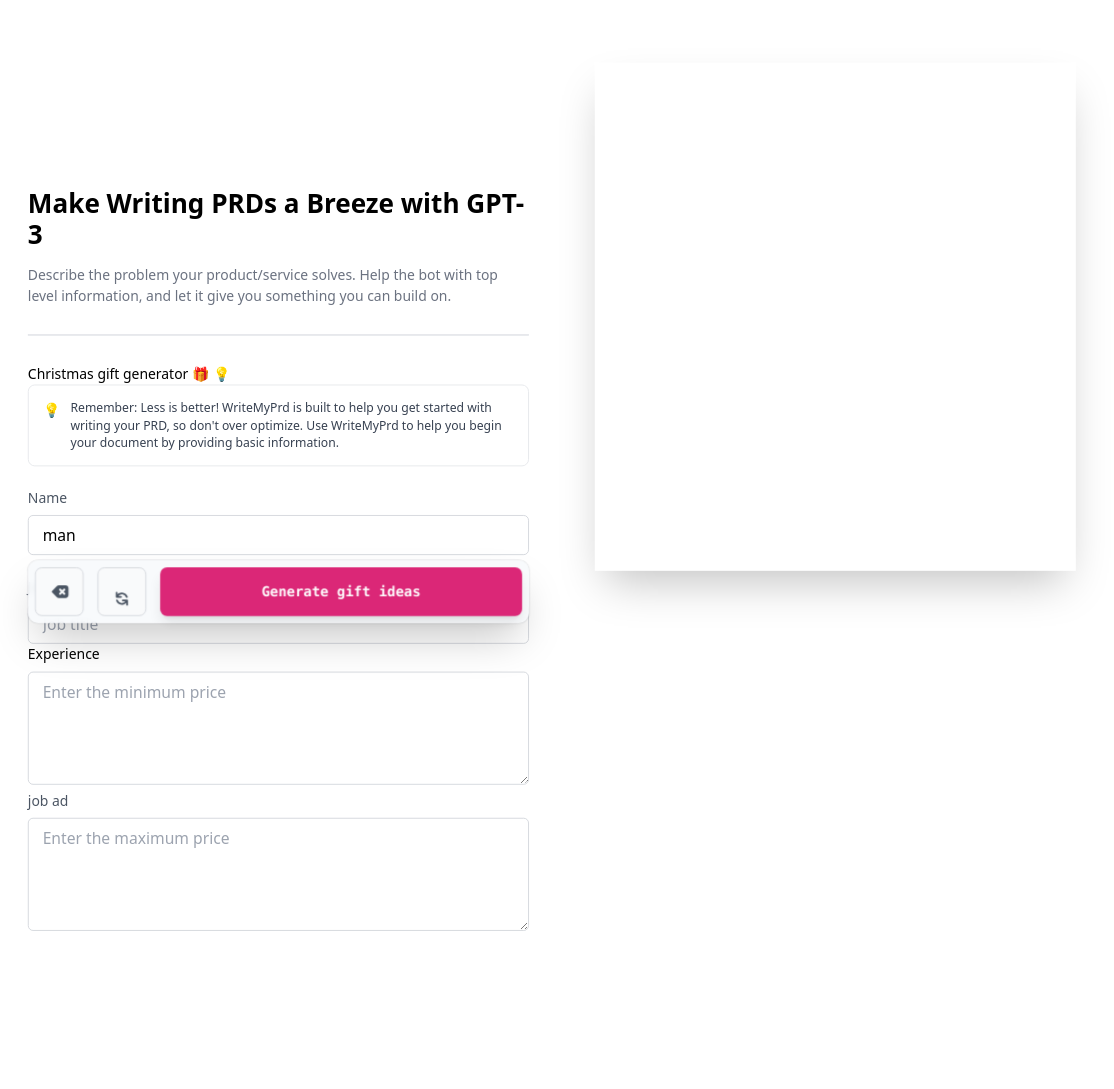
Repository: hamza-mastar/chatgpt-jpbad
Page: /
The author's editor kept a copy of each file at every save. The page is drawn from the files as they stood at one save, then again after the next save.
The browser window is 1280 px wide. The pictures show the whole page, at 87% of full size.
The project was rebuilt for these pictures with package versions that can differ from the ones it lists, and the page was loaded fresh each time. The framework's server and built-in components were replaced by stand-ins that run in the browser.

Above is the page before, as saved 2023-01-30 13:46:27.

### pages/_app.js
import 'tailwindcss/tailwind.css'

import '../styles/globals.css'

export default function MyApp({ Component, pageProps }) {
  return <Component {...pageProps} />
}

### pages/index.js
import Head from 'next/head';
import React from 'react';
import { useState } from 'react';

import styles from './index.module.css';


// import './gifts.css'




export default function Home() {
  const [name, setName] = useState('man');
  const [job_title, setJob_title] = useState("");
  const [experience, setExperience] = useState("");
  const [job_ad, setJob_ad] = useState("");

  const [loading, setLoading] = useState(false);

  const [result, setResult] = useState('');

  async function onSubmit(event) {
    event.preventDefault();
    if (loading) {
      return;
    }
    setLoading(true);
    setResult('hamza');
    const response = await fetch('/api/generate-gifts', {
      method: 'POST',
      headers: {
        'Content-Type': 'application/json',
      },
      body: JSON.stringify({ name, job_title, experience, job_ad}),
    });
    const data = await response.json();
    setResult(data.result.replaceAll('\n', '<br />'));
    setLoading(false);
  }


  return (
    <>



    <dody class="h-full px-5 sm:px-6">
      <div class="flex relative sm:flex-col md: flex-col">

      <Head>
        <title>OpenAI Quickstart</title>
        <link rel="icon" href="/dog.png" />
      </Head>

      <main className={styles.main}>
     <div class="min-h-screen w-full lg:w-1/2 relative">
    <div class="h-full px-5 sm:px-6">
      <div class="h-full w-full max-w-xl mx-auto flex flex-col after:mt-auto after:flex-1">
        <header class="sm:flex-1 flex mb-auto sm:py-10 pt-6 items-center sm:justify-between flex-col sm:flex-row" >
          <div class="flex items-center justify-between h-24 md:h-20"> </div>

            {/* logo icone login  */}
            </header>
            <div class="flex-1 py-8">
           <div  class="mb-4" >
           <h1 class="text-3xl font-bold font-inter mb-2"> Make Writing PRDs a Breeze with GPT-3 </h1>
           <div class="text-gray-500 mt-4 mb-6"> Describe the problem your product/service solves. Help the bot with top level information, and let it give you something you can build on. </div>
           <div class="divide-y divide-gray-200 my-8 relative border"></div>





        <h3  >Christmas gift generator 🎁 💡</h3>
        <form  onSubmit={onSubmit} class="mb-12 relative">
        <div class="rounded-lg bg-white border p-4"><div class="flex"><div class="flex-shrink-0">💡</div><div class="ml-3 flex-1 md:flex md:justify-between"><p class="text-sm text-gray-700 font-medium"> Remember: Less is better! WriteMyPrd is built to help you get started with writing your PRD, so don't over optimize. Use WriteMyPrd to help you begin your document by providing basic information. </p></div></div></div>
        <div>
          <div class="py-6">
          <label class="relative transition text-gray-600 focus-within:text-gray-800 block" >Name</label>
          <input class="outline-none focus:outline-none text-lg bg-white rounded-md px-4 py-2 w-full border  focus:border-gray-400 border-gray-300 font-regular mt-2 transition-all undefined "
            type="text"
            name="name"
            placeholder="Enter the Name"
            value={name}
            onChange={(e) => setName(e.target.value)}
          />
          </div>


          <label class="relative transition text-gray-600 focus-within:text-gray-800 block">Job title</label>
          <input class="outline-none focus:outline-none text-lg bg-white rounded-md px-4 py-2 w-full border  focus:border-gray-400 border-gray-300 font-regular mt-2 transition-all undefined "
            type="text"
            name="job_title"
            placeholder="Job title"
            value={job_title}
            onChange={(e) => setJob_title(e.target.value)}
          />

          <label>Experience </label>
          <textarea class="form-textarea outline-none focus:outline-none text-lg bg-white rounded-md px-4 py-2 w-full border  focus:border-gray-400 border-gray-300 font-regular mt-2 transition-all undefined " rows="4"
          type="textarea"
          name="experience"
          placeholder="Enter the minimum price"
          value={experience}
          onChange={(e) => setExperience(e.target.value)} >

            </textarea>

          <label class="relative transition text-gray-600 focus-within:text-gray-800 block"> job ad</label>
          <textarea class="form-textarea outline-none focus:outline-none text-lg bg-white rounded-md px-4 py-2 w-full border  focus:border-gray-400 border-gray-300 font-regular mt-2 transition-all undefined " rows="4"
            type="text"
            name="job_ad"
            placeholder="Enter the maximum price"
            value={job_ad}
            onChange={(e) => setJob_ad(e.target.value)}
          ></textarea>


          <div class="sticky bottom-1 left-0 right-0 px-2 py-2 font-semibold text-sm text-slate-900 bg-slate-50/90 backdrop-blur-sm ring-1 ring-slate-900/10 space-x-4 rounded-xl shadow-2xl">
            <div class="flex gap-4 text-white text-sm font-bold font-mono leading-6 bg-stripes-indigo rounded-lg">
            <button id="clearAll" class="p-4 w-14 h-14 flex-none rounded-lg flex items-center justify-center bg-gray-50 border border-gray-300 text-gray-600 hover:bg-gray-100"><div tooltip="Clear All" position="top" class="w-full" data-v-47bc123b=""><svg class="w-6 h-6" fill="currentColor" viewBox="0 0 20 20" xmlns="http://www.w3.org/2000/svg"><path fill-rule="evenodd" d="M6.707 4.879A3 3 0 018.828 4H15a3 3 0 013 3v6a3 3 0 01-3 3H8.828a3 3 0 01-2.12-.879l-4.415-4.414a1 1 0 010-1.414l4.414-4.414zm4 2.414a1 1 0 00-1.414 1.414L10.586 10l-1.293 1.293a1 1 0 101.414 1.414L12 11.414l1.293 1.293a1 1 0 001.414-1.414L13.414 10l1.293-1.293a1 1 0 00-1.414-1.414L12 8.586l-1.293-1.293z" clip-rule="evenodd"></path></svg></div></button>
            <button id="re-generate-prd" class="w-14 h-14 flex-none rounded-lg flex items-center justify-center bg-gray-50 border border-gray-300 text-gray-600 hover:bg-gray-100"><div tooltip="Re-generate PRD" position="top" class="w-full" data-v-47bc123b=""><svg class="w-full mt-[30%] h-5 text-gray-600 mr-1" fill="currentColor" viewBox="0 0 20 20" xmlns="http://www.w3.org/2000/svg"><path fill-rule="evenodd" d="M4 2a1 1 0 011 1v2.101a7.002 7.002 0 0111.601 2.566 1 1 0 11-1.885.666A5.002 5.002 0 005.999 7H9a1 1 0 010 2H4a1 1 0 01-1-1V3a1 1 0 011-1zm.008 9.057a1 1 0 011.276.61A5.002 5.002 0 0014.001 13H11a1 1 0 110-2h5a1 1 0 011 1v5a1 1 0 11-2 0v-2.101a7.002 7.002 0 01-11.601-2.566 1 1 0 01.61-1.276z" clip-rule="evenodd"></path></svg></div></button>

          <input class="sm:p-4 p-3 pt-4 grow rounded-lg flex items-center justify-center bg-pink-600 hover:bg-pink-800 shadow-lg text-xs sm:text-base" type="submit" value="Generate gift ideas" />
          </div>
          </div>
          </div>
        </form>
        </div>
       </div>
        </div>
        </div>
          </div>

          {/* loging page ////////////////// */}

          <div class="relative lg:fixed right-0 bottom-0 lg:block lg:w-1/2 overflow-hidden sm:px-5 lg:h-full h-auto overflow-y-auto top-12">
            {/* <div class="absolute inset-0 bg-gradient-to-b from-pink-100 to-white pointer-events-none -z-10" > */}
              {/* <div class="hidden md:block absolute right-0 pointer-events-none -z-10"> */}
                <div class="h-auto">
                <div class="p-6 pb-0 h-[calc(100vh-6rem)]" >
                <div class="form-textarea relative text-base w-full p-4 px-8 overflow-scroll h-[calc(100%-1rem)] shadow-2xl flex items-center justify-center" >
                <div class="text-pink-600 font-mono text-left text-base font-semibold absolute top-4 left-4">
        {loading && (
          <div>
            <h3>Looking for the best gift ideas 🎁 💡</h3>
            <img src="/loading.gif" className={styles.loading} />
          </div>



        )}
        <div class="whitespace-pre-wrap text-gray-800 bg-white h-auto text-lg divide-y px-4 pt-5 pb-4 sm:p-6 sm:pb-4 "
          className={styles.result}
          dangerouslySetInnerHTML={{ __html: result }}


        />
        </div>
        </div>
        </div>
        </div>
        </div>
        {/* </div> */}
        {/* </div> */}
      </main>
      </div>

      </dody>


    </>
  );
}
// Name Job_title Experience job_ad

### pages/index.module.css


@font-face {
  font-family: "ColfaxAI";
  src: url(https://cdn.openai.com/API/fonts/ColfaxAIRegular.woff2)
      format("woff2"),
    url(https://cdn.openai.com/API/fonts/ColfaxAIRegular.woff) format("woff");
  font-weight: normal;
  font-style: normal;
}
@font-face {
  font-family: "ColfaxAI";
  src: url(https://cdn.openai.com/API/fonts/ColfaxAIBold.woff2) format("woff2"),
    url(https://cdn.openai.com/API/fonts/ColfaxAIBold.woff) format("woff");
  font-weight: bold;
  font-style: normal;
}
/* .main,
.main input {
  font-size: 16px;
  line-height: 24px;
  color: #353740;
  font-family: "ColfaxAI", Helvetica, sans-serif;
}
.main {
  display: flex;
  flex-direction: column;
  align-items: center;
  padding-top: 60px;
}
.main .icon {
  width: 34px;
}
.main h3 {
  font-size: 32px;
  line-height: 40px;
  font-weight: bold;
  color: #202123;
  margin: 16px 0 40px;
}
.main form {
  display: flex;
  flex-direction: column;
  width: 320px;
}
.main input[type="text"] {
  padding: 12px 16px;
  border: 1px solid #10a37f;
  border-radius: 4px;
  margin-bottom: 24px;
  outline-color: #10a37f;
}
.main ::placeholder {
  color: #8e8ea0;
  opacity: 1;
}
.main input[type="submit"] {
  padding: 12px 0;
  color: #fff;
  background-color: #10a37f;
  border: none;
  border-radius: 4px;
  text-align: center;
  cursor: pointer;
}
.main .result {
  padding: 100px;
  font-weight: bold;
  margin-top: 40px;
  position:absolute;
  display: flex;
  justify-content: end;
} */

.main .loading {
  width: 50;
}

/* .main input[type="text"],
.main input[type="number"],
.main select {
  padding: 12px 16px;
  border: 1px solid #10a37f;
  border-radius: 4px;
  margin-bottom: 12px;
  margin-top: 4px;
}
.hamza {
  background-color: #10a37f;
} */






.relative {
  position: relative;
}

.nano {
  background-color: white;
  color: black;
  display: flex;
  overflow: scroll;
}

.form-textarea{
  border-width: 1px;
  --tw-border-opacity: 1;
  border-color: rgb(209 213 219 / var(--tw-border-opacity));
  --tw-bg-opacity: 1;
  background-color: rgb(255 255 255 / var(--tw-bg-opacity));
  height: 600px;
  width: 600px;
}

.texxt-base {
  font-size: 18px;
  line-height: 1.5;
  letter-spacing: -.01em;
  color: black

}
.typed {
  color: #1f2937;
  white-space: break-spaces;
  font-size: 100px;
}
@media only screen and (max-width: 600px) {
  .goho {
    width: auto;
    display: flex;
    justify-content:center ;

  }
}

Loaded but not shown: styles/globals.css (common file); tailwind.config.js (common file)

After the next save:
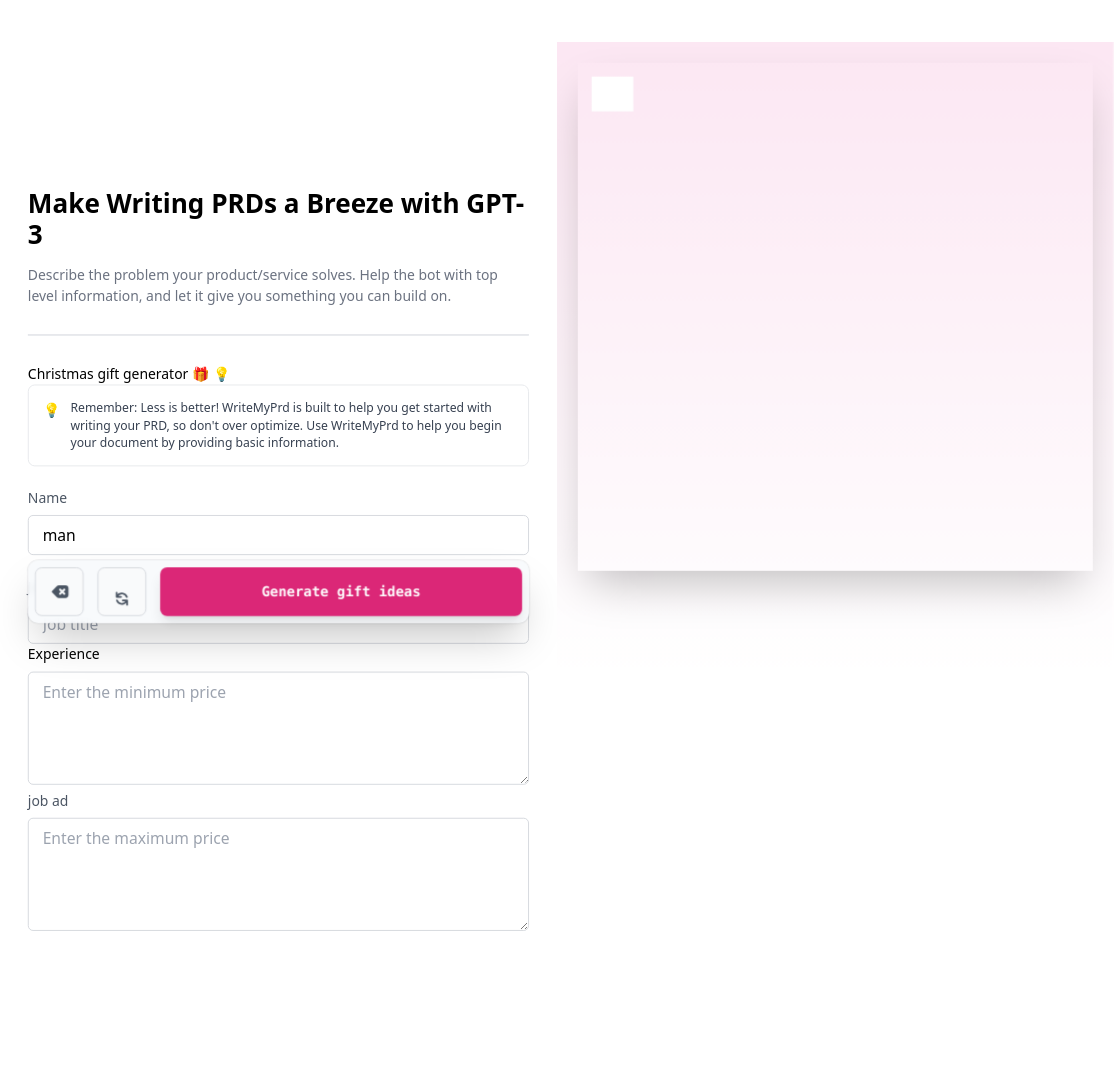
Saved 34 s later.
--- a/pages/index.js
+++ b/pages/index.js
@@ -136,7 +136,7 @@ export default function Home() {
           {/* loging page ////////////////// */}
 
           <div class="relative lg:fixed right-0 bottom-0 lg:block lg:w-1/2 overflow-hidden sm:px-5 lg:h-full h-auto overflow-y-auto top-12">
-            {/* <div class="absolute inset-0 bg-gradient-to-b from-pink-100 to-white pointer-events-none -z-10" > */}
+            <div class="absolute inset-0 bg-gradient-to-b from-pink-100 to-white pointer-events-none " >
               {/* <div class="hidden md:block absolute right-0 pointer-events-none -z-10"> */}
                 <div class="h-auto">
                 <div class="p-6 pb-0 h-[calc(100vh-6rem)]" >
@@ -162,7 +162,7 @@ export default function Home() {
         </div>
         </div>
         </div>
-        {/* </div> */}
+        </div>
         {/* </div> */}
       </main>
       </div>
